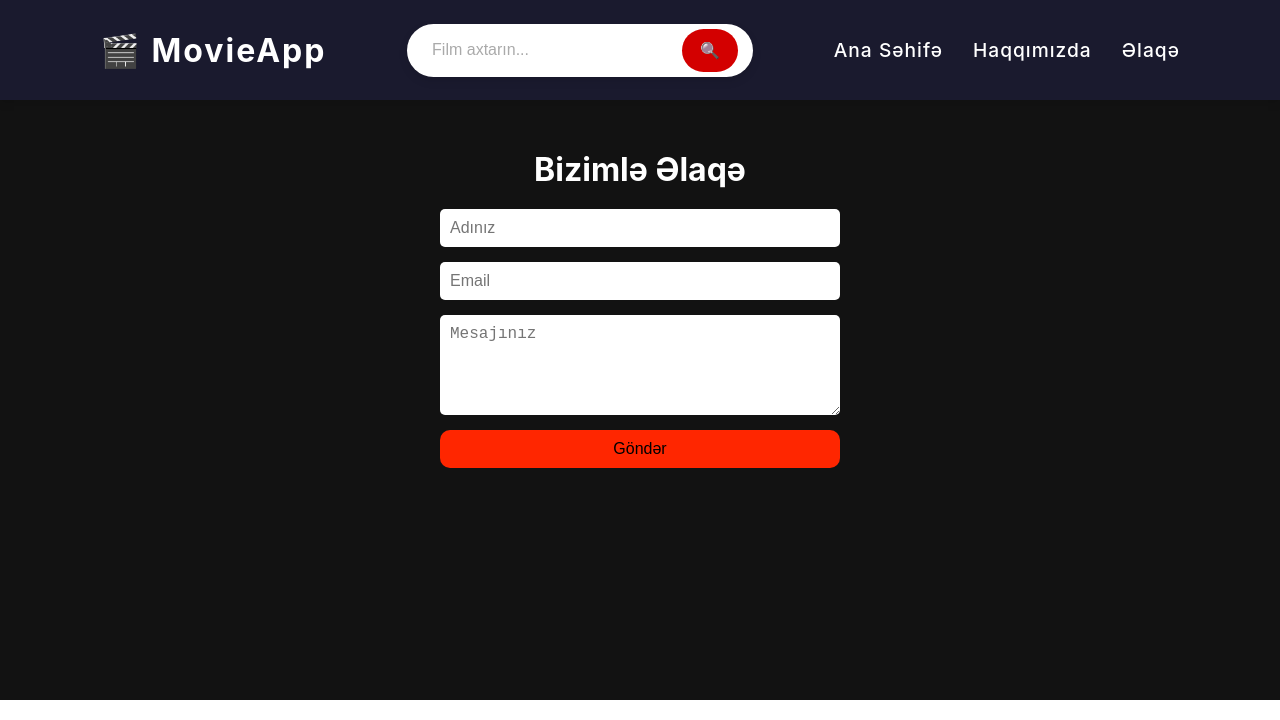
Repository: Zulfiyya077/InternIntelligence_MovieWebsite
Page: /contact
The author's editor kept a copy of each file at every save. The page is drawn from the files as they stood at one save, then again after the next save.
The browser window is 1280 px wide. The pictures show the whole page.
The project was rebuilt for these pictures with package versions that can differ from the ones it lists, and the page was loaded fresh each time. Also part of the build but not shown: vite.config.js, src/services/MovieService.jsx, src/components/MovieCard.module.css, src/components/MovieCard.jsx, src/pages/Home.module.css, src/pages/Home.jsx, src/pages/MovieDetailsPage.module.css, src/pages/MovieDetailsPage.jsx and 4 more.

Above is the page before, as saved 2025-02-24 02:26:50.

After the next save:
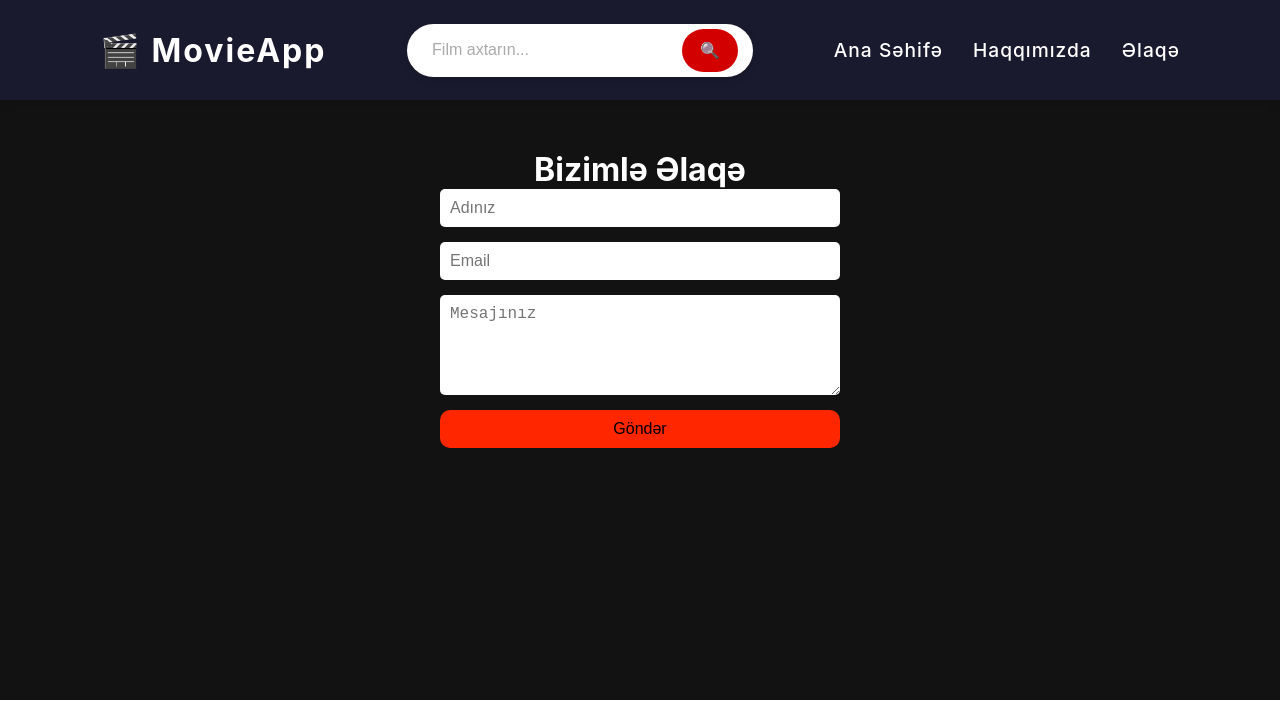
Saved 14 s later.
--- a/src/pages/Contact.module.css
+++ b/src/pages/Contact.module.css
@@ -9,7 +9,7 @@
 .contact h2 {
     margin-top: 20px;
     font-size: 2rem;
-    margin-bottom: 20px;
+
 }
 
 .contact form {

After the save that followed:
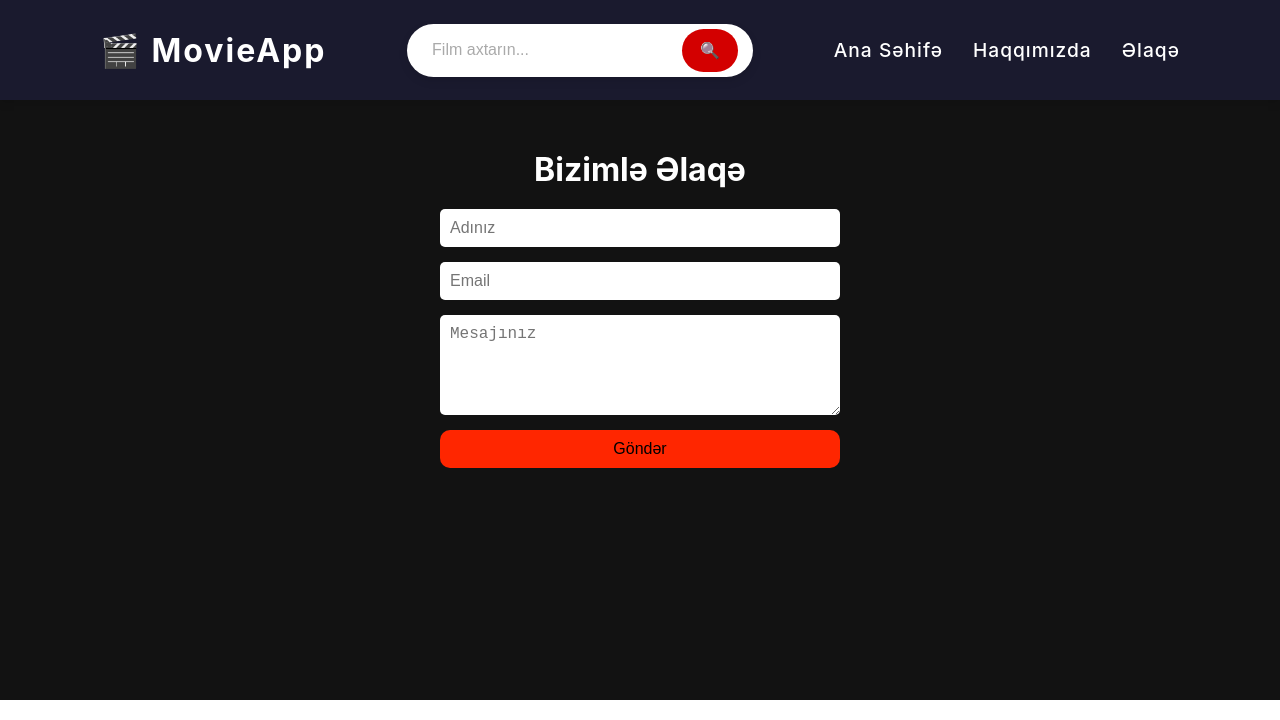
Saved 6 s later.
--- a/src/pages/Contact.module.css
+++ b/src/pages/Contact.module.css
@@ -7,7 +7,7 @@
 }
 
 .contact h2 {
-    margin-top: 20px;
+    margin: 20px;
     font-size: 2rem;
 
 }
